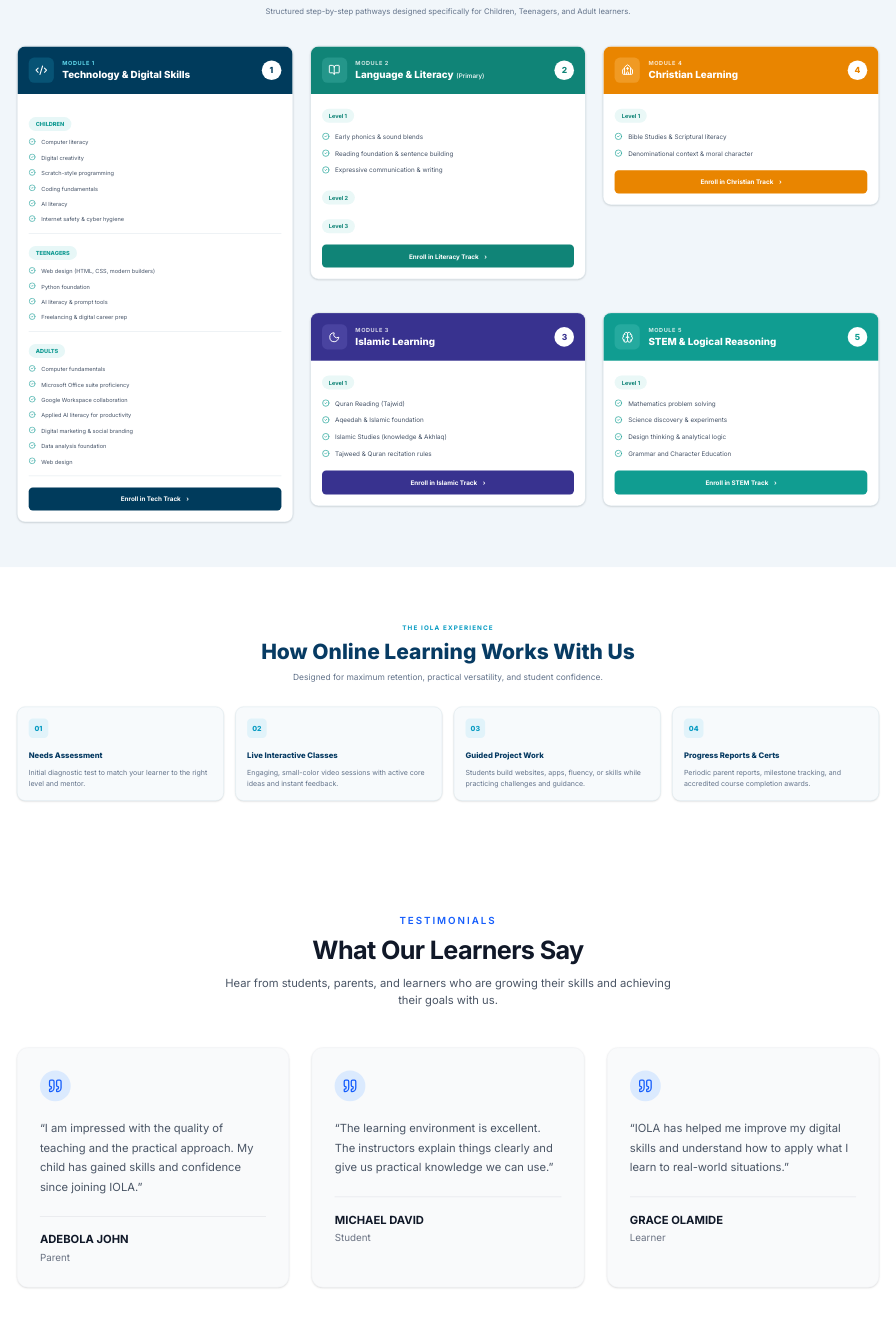
Repository: segunrotini/iola
Page: /
An editor plug-in stored every save of this project. The page is shown before and after the next save, followed by the edit.
The browser window is 1280 px wide. The pictures show the part of the page from y = 1495 to 3415 px (the page is 3415 px tall before and 3387 px after), at 70% of full size.
Pictures or frames that could not be fetched are drawn as grey boxes. The project was rebuilt for these pictures with package versions that can differ from the ones it lists, and the page was loaded fresh each time. Also part of the build but not shown: vite.config.ts.

Above is the page before, as saved 2026-10-02 14:10:54.

### index.html
<!doctype html>
<html lang="en">
  <head>
    <meta charset="UTF-8" />
    <link rel="icon" type="image/svg+xml" href="/favicon.svg" />
    <meta name="viewport" content="width=device-width, initial-scale=1.0" />
    <title>integrated-online-learning-academy</title>
  </head>
  <body>
    <div id="root"></div>
    <script type="module" src="/src/main.tsx"></script>
  </body>
</html>

### src/index.css
@import url('https://fonts.googleapis.com/css2?family=Inter:wght@400;500;600;700;800&family=Montserrat:wght@400;500;600;700;800&display=swap');
@import "tailwindcss";

:root {
	font-family: "Inter", "Montserrat", sans-serif;
}

### src/App.tsx


import Homepage from "./components/pages/public/Hompage";
function App() {
  return (
    <Homepage />
  )
}

export default App

### src/components/pages/public/Hompage.tsx
import Topbar from "../../home/topbar"
import Nav from "../../home/Nav"
import HeroSection from "../../home/Hero-section"
import WhyChooseUs from "../../home/WhyChooseUs"
import Programs from "../../home/Programs"
import Testimonials from "../../home/Testimonials"
import LearningProcess from "../../home/LearningProcess"
function Homepage() {
  return (
    <>


      <Topbar/>
      <Nav/>
      <HeroSection/>
      <WhyChooseUs/>
      <Programs/>
      <LearningProcess/>
      <Testimonials/>
    </>
  )
}
export default Homepage

### src/components/home/topbar.tsx
import { Mail, Phone, Sparkles } from "lucide-react";

const TopBar = () => {
  return (
    <div className="bg-[#003B5C] text-white">
      <div className="mx-auto flex max-w-7xl flex-col gap-2 px-4 py-2 text-[10px] sm:flex-row sm:items-center sm:justify-between sm:px-6 sm:text-xs">
        <div className="flex items-center gap-1.5">
          <Sparkles size={12} className="text-[#F4C542]" />
          <span>Faith • Skills • Opportunity • Global Impact</span>
        </div>

        <div className="flex flex-col items-start gap-2 sm:flex-row sm:items-center sm:gap-5">
          <a
            href="tel:+2348122452692"
            className="flex items-center gap-1.5 transition hover:text-[#5DE1E6]"
          >
            <Phone size={12} />
            <span>08122452692, 08141570784</span>
          </a>

          <a
            href="mailto:learn@iola.com"
            className="flex items-center gap-1.5 transition hover:text-[#5DE1E6]"
          >
            <Mail size={12} />
            <span>learn@iola.com</span>
          </a>

          <a
            href="#student-portal"
            className="rounded-md bg-[#0B5278] px-3 py-1.5 font-medium transition hover:bg-[#08658F]"
          >
            Student Portal
          </a>
        </div>
      </div>
    </div>
  );
};

export default TopBar;

### src/components/home/Nav.tsx
import { Menu, X } from "lucide-react";
import { useState } from "react";
import logo from "../../assets/logo.png";

const Navbar = () => {
  const [isOpen, setIsOpen] = useState(false);

  return (
    <nav className="relative bg-white shadow-sm">
      <div className="mx-auto flex max-w-7xl items-center justify-between px-4 py-3 sm:px-6">
        <a href="/" className="flex items-center">
          <img

            src={logo}
            alt="logo"
            className="h-12 w-auto object-contain"
          />
        </a>

        <div className="hidden items-center gap-8 lg:flex">
          <a
            href="#about"
            className="text-sm font-medium text-[#263746] transition hover:text-[#008DB2]"
          >
            About Us
          </a>

          <a
            href="#programs"
            className="text-sm font-medium text-[#263746] transition hover:text-[#008DB2]"
          >
            Our Programs
          </a>

          <a
            href="#faith-tracks"
            className="text-sm font-medium text-[#263746] transition hover:text-[#008DB2]"
          >
            Faith Tracks
          </a>

          <a
            href="#why-iola"
            className="text-sm font-medium text-[#263746] transition hover:text-[#008DB2]"
          >
            Why IOLA?
          </a>

          <a
            href="#admissions"
            className="text-sm font-medium text-[#263746] transition hover:text-[#008DB2]"
          >
            Admissions
          </a>
        </div>

        <div className="hidden items-center gap-3 lg:flex">
          <a
            href="#inquire"
            className="rounded-lg bg-[#F4F8FA] px-4 py-2 text-sm font-semibold text-[#164A6B] transition hover:bg-[#E8F1F5]"
          >
            Inquire
          </a>

          <a
            href="#enroll"
            className="rounded-lg bg-[#079BC2] px-4 py-2 text-sm font-semibold text-white shadow-sm transition hover:bg-[#0789AB]"
          >
            Enroll Now
          </a>
        </div>

        <button
          type="button"
          onClick={() => setIsOpen(!isOpen)}
          className="rounded-lg p-2 text-[#003B5C] lg:hidden"
          aria-label="Toggle navigation"
        >
          {isOpen ? <X size={24} /> : <Menu size={24} />}
        </button>
      </div>

      {isOpen && (
        <div className="border-t border-gray-100 bg-white px-4 pb-5 pt-3 lg:hidden">
          <div className="flex flex-col gap-1">
            <a
              href="#about"
              onClick={() => setIsOpen(false)}
              className="rounded-lg px-3 py-3 text-sm font-medium text-[#263746] hover:bg-[#F4F8FA]"
            >
              About Us
            </a>

            <a
              href="#programs"
              onClick={() => setIsOpen(false)}
              className="rounded-lg px-3 py-3 text-sm font-medium text-[#263746] hover:bg-[#F4F8FA]"
            >
              Our Programs
            </a>

            <a
              href="#faith-tracks"
              onClick={() => setIsOpen(false)}
              className="rounded-lg px-3 py-3 text-sm font-medium text-[#263746] hover:bg-[#F4F8FA]"
            >
              Faith Tracks
            </a>

            <a
              href="#why-iola"
              onClick={() => setIsOpen(false)}
              className="rounded-lg px-3 py-3 text-sm font-medium text-[#263746] hover:bg-[#F4F8FA]"
            >
              Why IOLA?
            </a>

            <a
              href="#admissions"
              onClick={() => setIsOpen(false)}
              className="rounded-lg px-3 py-3 text-sm font-medium text-[#263746] hover:bg-[#F4F8FA]"
            >
              Admissions
            </a>

            <div className="mt-2 flex gap-3 border-t border-gray-100 pt-4">
              <a
                href="#inquire"
                className="flex-1 rounded-lg bg-[#F4F8FA] px-4 py-2.5 text-center text-sm font-semibold text-[#164A6B]"
              >
                Inquire
              </a>

              <a
                href="#enroll"
                className="flex-1 rounded-lg bg-[#079BC2] px-4 py-2.5 text-center text-sm font-semibold text-white"
              >
                Enroll Now
              </a>
            </div>
          </div>
        </div>
      )}
    </nav>
  );
};

export default Navbar;

### src/components/home/WhyChooseUs.tsx
import {
  BookOpen,
  HeartHandshake,
  Laptop,
  Lightbulb,
  Users,
} from "lucide-react";

const features = [
  {
    icon: BookOpen,
    title: "EXPERT INSTRUCTORS",
    description:
      "Skilled and experienced educators focused on practical teaching.",
    iconBg: "bg-blue-100",
    iconColor: "text-blue-600",
  },
  {
    icon: Laptop,
    title: "FLEXIBLE LEARNING",
    description:
      "Learn at your own pace, anytime, anywhere with flexible learning.",
    iconBg: "bg-cyan-100",
    iconColor: "text-cyan-600",
  },
  {
    icon: Lightbulb,
    title: "PRACTICAL & HANDS-ON",
    description:
      "Real-world projects and practical activities for useful skills.",
    iconBg: "bg-sky-100",
    iconColor: "text-sky-600",
  },
  {
    icon: Users,
    title: "SUPPORTIVE COMMUNITY",
    description:
      "Learn, connect and grow with dedicated peers and educators.",
    iconBg: "bg-indigo-100",
    iconColor: "text-indigo-600",
  },
  {
    icon: HeartHandshake,
    title: "FAITH-FRIENDLY ENVIRONMENT",
    description:
      "Values-based learning that supports character and personal growth.",
    iconBg: "bg-amber-100",
    iconColor: "text-amber-500",
  },
];

const WhyChooseUs = () => {
  return (
    <section  className="bg-white py-16 sm:py-20">
      <div className="mx-auto max-w-7xl px-4 sm:px-6">
        <div className="mx-auto max-w-2xl text-center">
          <span className="inline-flex items-center rounded-md bg-[#073B63] px-4 py-1.5 text-[30px] font-bold text-white">
            WHY CHOOSE IOLA?
          </span>

          <h2 className="mt-4 text-2xl font-extrabold leading-tight text-[#073B63] sm:text-3xl">
            Built For Practical Mastery & Lifelong
            <br className="hidden sm:block" />
            Growth
          </h2>

          <p className="mt-3 text-xs leading-5 text-[#64748B] sm:text-sm">
            Every course at IOLA combines certified modern training methods
            with values-based mentoring.
          </p>
        </div>

        <div className="mt-10 grid gap-4 sm:grid-cols-2 lg:grid-cols-5">
          {features.map((feature) => {
            const Icon = feature.icon;

            return (
              <div
                key={feature.title}
                className="rounded-xl border border-[#E4EDF2] bg-[#F9FCFD] p-5 text-center shadow-sm transition duration-300 hover:-translate-y-1 hover:shadow-md"
              >
                <div
                  className={`mx-auto flex h-12 w-12 items-center justify-center rounded-xl ${feature.iconBg}`}
                >
                  <Icon size={22} className={feature.iconColor} />
                </div>

                <h3 className="mt-4 text-[11px] font-extrabold leading-4 text-[#073B63]">
                  {feature.title}
                </h3>

                <p className="mt-2 text-[10px] leading-4 text-[#64748B]">
                  {feature.description}
                </p>
              </div>
            );
          })}
        </div>
      </div>
    </section>
  );
};

export default WhyChooseUs;

### src/components/home/Testimonials.tsx

import { Quote } from "lucide-react";

const testimonials = [
  {
    name: "ADEBOLA JOHN",
    role: "Parent",
    message:
      "I am impressed with the quality of teaching and the practical approach. My child has gained skills and confidence since joining IOLA.",
  },
  {
    name: "MICHAEL DAVID",
    role: "Student",
    message:
      "The learning environment is excellent. The instructors explain things clearly and give us practical knowledge we can use.",
  },
  {
    name: "GRACE OLAMIDE",
    role: "Learner",
    message:
      "IOLA has helped me improve my digital skills and understand how to apply what I learn to real-world situations.",
  },
];

const Testimonials = () => {
  return (
    <section className="bg-white py-20">
      <div className="mx-auto max-w-7xl px-6">
        <div className="mx-auto mb-14 max-w-2xl text-center">
          <p className="mb-3 text-sm font-semibold uppercase tracking-[0.2em] text-blue-600">
            Testimonials
          </p>

          <h2 className="text-3xl font-bold tracking-tight text-gray-900 md:text-4xl">
            What Our Learners Say
          </h2>

          <p className="mt-4 text-gray-600">
            Hear from students, parents, and learners who are growing their
            skills and achieving their goals with us.
          </p>
        </div>

        <div className="grid gap-8 md:grid-cols-3">
          {testimonials.map((testimonial) => (
            <div
              key={testimonial.name}
              className="rounded-2xl border border-gray-100 bg-gray-50 p-8 shadow-sm"
            >
              <div className="mb-6 flex h-11 w-11 items-center justify-center rounded-full bg-blue-100 text-blue-600">
                <Quote size={22} />
              </div>

              <p className="text-base leading-7 text-gray-600">
                “{testimonial.message}”
              </p>

              <div className="mt-7 border-t border-gray-200 pt-5">
                <h3 className="font-bold text-gray-900">
                  {testimonial.name}
                </h3>

                <p className="mt-1 text-sm text-gray-500">
                  {testimonial.role}
                </p>
              </div>
            </div>
          ))}
        </div>
      </div>
    </section>
  );
};

export default Testimonials;

### src/components/home/LearningProcess.tsx

const learningSteps = [
  {
    number: "01",
    title: "Needs Assessment",
    description:
      "Initial diagnostic test to match your learner to the right level and mentor.",
  },
  {
    number: "02",
    title: "Live Interactive Classes",
    description:
      "Engaging, small-color video sessions with active core ideas and instant feedback.",
  },
  {
    number: "03",
    title: "Guided Project Work",
    description:
      "Students build websites, apps, fluency, or skills while practicing challenges and guidance.",
  },
  {
    number: "04",
    title: "Progress Reports & Certs",
    description:
      "Periodic parent reports, milestone tracking, and accredited course completion awards.",
  },
];

const LearningProcess = () => {
  return (
    <section className="bg-white py-16 sm:py-20">
      <div className="mx-auto max-w-7xl px-4 sm:px-6">
        <div className="mx-auto max-w-2xl text-center">
          <p className="text-[9px] font-bold uppercase tracking-[0.18em] text-[#079BC2]">
            The IOLA Experience
          </p>

          <h2 className="mt-2 text-2xl font-extrabold leading-tight text-[#073B63] sm:text-3xl">
            How Online Learning Works With Us
          </h2>

          <p className="mt-2 text-[10px] leading-5 text-[#64748B] sm:text-xs">
            Designed for maximum retention, practical versatility, and student
            confidence.
          </p>
        </div>

        <div className="mt-8 grid gap-4 sm:grid-cols-2 lg:grid-cols-4">
          {learningSteps.map((step) => (
            <div
              key={step.number}
              className="rounded-xl border border-[#E3ECF1] bg-[#F7FAFC] p-4 shadow-sm"
            >
              <div className="flex h-7 w-7 items-center justify-center rounded-md bg-[#E1F3FA] text-[10px] font-extrabold text-[#079BC2]">
                {step.number}
              </div>

              <h3 className="mt-4 text-[10px] font-extrabold text-[#073B63] sm:text-[11px]">
                {step.title}
              </h3>

              <p className="mt-2 text-[9px] leading-4 text-[#64748B] sm:text-[10px]">
                {step.description}
              </p>
            </div>
          ))}
        </div>
      </div>
    </section>
  );
};

export default LearningProcess;

Loaded but not shown: src/main.tsx (common file); src/components/home/Programs.tsx (316 lines, source omitted); src/components/home/Hero-section.tsx (160 lines, source omitted)

After the next save:
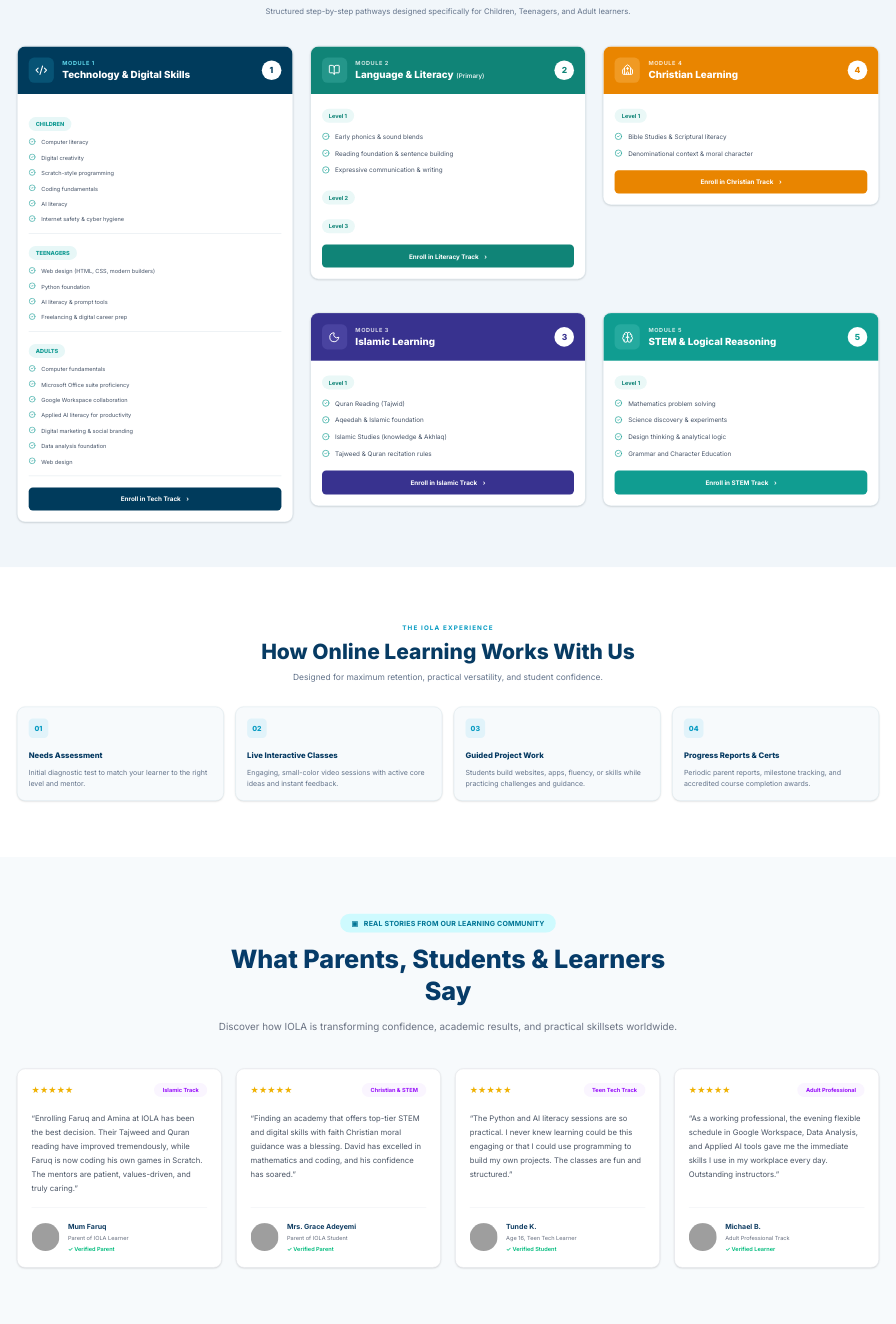
Saved 2 min 23 s later.
--- a/src/components/home/Testimonials.tsx
+++ b/src/components/home/Testimonials.tsx
@@ -1,68 +1,106 @@
-
-import { Quote } from "lucide-react";
-
 const testimonials = [
   {
-    name: "ADEBOLA JOHN",
-    role: "Parent",
+    category: "Islamic Track",
     message:
-      "I am impressed with the quality of teaching and the practical approach. My child has gained skills and confidence since joining IOLA.",
+      "Enrolling Faruq and Amina at IOLA has been the best decision. Their Tajweed and Quran reading have improved tremendously, while Faruq is now coding his own games in Scratch. The mentors are patient, values-driven, and truly caring.",
+    name: "Mum Faruq",
+    role: "Parent of IOLA Learner",
+    image: "https://i.pravatar.cc/100?img=47",
+    verified: "Verified Parent",
   },
   {
-    name: "MICHAEL DAVID",
-    role: "Student",
+    category: "Christian & STEM",
     message:
-      "The learning environment is excellent. The instructors explain things clearly and give us practical knowledge we can use.",
+      "Finding an academy that offers top-tier STEM and digital skills with faith Christian moral guidance was a blessing. David has excelled in mathematics and coding, and his confidence has soared.",
+    name: "Mrs. Grace Adeyemi",
+    role: "Parent of IOLA Student",
+    image: "https://i.pravatar.cc/100?img=32",
+    verified: "Verified Parent",
   },
   {
-    name: "GRACE OLAMIDE",
-    role: "Learner",
+    category: "Teen Tech Track",
     message:
-      "IOLA has helped me improve my digital skills and understand how to apply what I learn to real-world situations.",
+      "The Python and AI literacy sessions are so practical. I never knew learning could be this engaging or that I could use programming to build my own projects. The classes are fun and structured.",
+    name: "Tunde K.",
+    role: "Age 16, Teen Tech Learner",
+    image: "https://i.pravatar.cc/100?img=12",
+    verified: "Verified Student",
+  },
+  {
+    category: "Adult Professional",
+    message:
+      "As a working professional, the evening flexible schedule in Google Workspace, Data Analysis, and Applied AI tools gave me the immediate skills I use in my workplace every day. Outstanding instructors.",
+    name: "Michael B.",
+    role: "Adult Professional Track",
+    image: "https://i.pravatar.cc/100?img=11",
+    verified: "Verified Learner",
   },
 ];
 
 const Testimonials = () => {
   return (
-    <section className="bg-white py-20">
+    <section className="bg-[#f7fafc] py-20">
       <div className="mx-auto max-w-7xl px-6">
-        <div className="mx-auto mb-14 max-w-2xl text-center">
-          <p className="mb-3 text-sm font-semibold uppercase tracking-[0.2em] text-blue-600">
-            Testimonials
-          </p>
+        <div className="mx-auto max-w-3xl text-center">
+          <div className="mb-4 inline-flex items-center gap-2 rounded-full bg-cyan-100 px-4 py-1.5 text-[10px] font-bold uppercase tracking-wide text-cyan-700">
+            <span>▣</span>
+            REAL STORIES FROM OUR LEARNING COMMUNITY
+          </div>
 
-          <h2 className="text-3xl font-bold tracking-tight text-gray-900 md:text-4xl">
-            What Our Learners Say
+          <h2 className="text-3xl font-extrabold leading-tight text-[#063b68] md:text-4xl">
+            What Parents, Students & Learners
+            <br />
+            Say
           </h2>
 
-          <p className="mt-4 text-gray-600">
-            Hear from students, parents, and learners who are growing their
-            skills and achieving their goals with us.
+          <p className="mt-4 text-sm leading-6 text-gray-500">
+            Discover how IOLA is transforming confidence, academic results,
+            and practical skillsets worldwide.
           </p>
         </div>
 
-        <div className="grid gap-8 md:grid-cols-3">
+        <div className="mt-12 grid gap-5 md:grid-cols-2 lg:grid-cols-4">
           {testimonials.map((testimonial) => (
             <div
               key={testimonial.name}
-              className="rounded-2xl border border-gray-100 bg-gray-50 p-8 shadow-sm"
+              className="flex min-h-[285px] flex-col rounded-xl border border-gray-200 bg-white p-5 shadow-sm"
             >
-              <div className="mb-6 flex h-11 w-11 items-center justify-center rounded-full bg-blue-100 text-blue-600">
-                <Quote size={22} />
+              <div className="flex items-center justify-between">
+                <div className="text-[13px] tracking-wide text-yellow-500">
+                  ★★★★★
+                </div>
+
+                <span className="rounded-full bg-purple-50 px-3 py-1 text-[8px] font-bold text-purple-600">
+                  {testimonial.category}
+                </span>
               </div>
 
-              <p className="text-base leading-7 text-gray-600">
+              <p className="mt-5 text-[11px] leading-5 text-gray-600">
                 “{testimonial.message}”
               </p>
 
-              <div className="mt-7 border-t border-gray-200 pt-5">
-                <h3 className="font-bold text-gray-900">
-                  {testimonial.name}
-                </h3>
+              <div className="mt-auto border-t border-gray-100 pt-5">
+                <div className="flex items-center gap-3">
+                  <img
+                    src={testimonial.image}
+                    alt={testimonial.name}
+                    className="h-10 w-10 rounded-full object-cover"
+                  />
 
-                <p className="mt-1 text-sm text-gray-500">
-                  {testimonial.role}
-                </p>
+                  <div>
+                    <h3 className="text-[10px] font-bold text-[#123f64]">
+                      {testimonial.name}
+                    </h3>
+
+                    <p className="mt-0.5 text-[8px] text-gray-500">
+                      {testimonial.role}
+                    </p>
+
+                    <p className="mt-1 text-[8px] font-semibold text-emerald-500">
+                      ✓ {testimonial.verified}
+                    </p>
+                  </div>
+                </div>
               </div>
             </div>
           ))}
